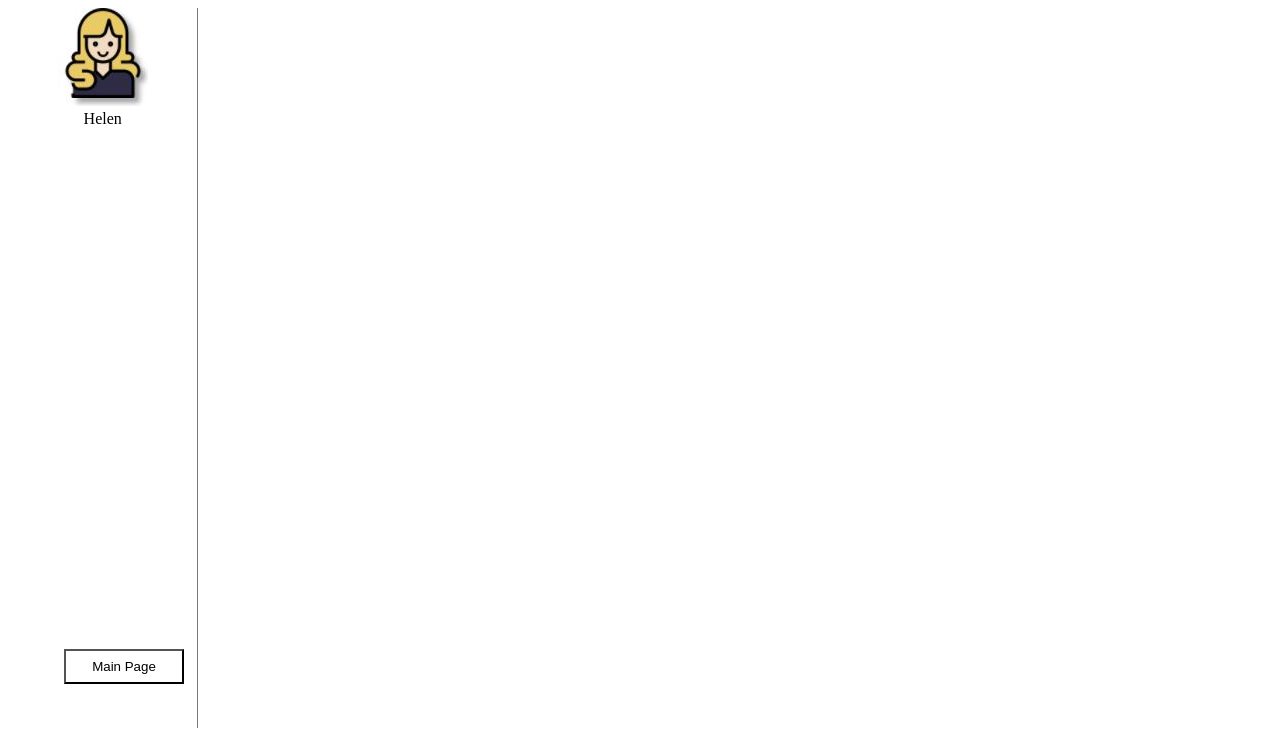
Repository: Team-Extrememe/Online-Study-Room
Page: profile.html
These files come from the project's save history. The page is drawn as it stood at one moment and after the next save; the edit follows.
The browser window is 1280 px wide. The pictures show the whole page.

Above is the page before, as saved 2021-10-17 13:53:28.

### profile.html
<!DOCTYPE html>
<html lang="en">
<head>
    <meta charset="UTF-8">
    <meta http-equiv="X-UA-Compatible" content="IE=edge">
    <meta name="viewport" content="width=device-width, initial-scale=1.0">
    <link rel="stylesheet" href="css/profile.css">
    <title>My Profile</title>
</head>
<body>
    <div class="flex_container">
        <div class="flex_left">
            <div class="group">
                <img src="Images/profile_icon.JPG" alt="profile_icon">
                <span class="user_name">Helen</span>
            </div>
            <button class="main_button">Main Page</button>
        </div>
        <div class="flex_right">

        </div>
    </div>

</body>
</html>

### css/profile.css
.flex_container{
    display: flex;
    flex-direction: row;
}

.flex_left{
    width: 15%;
    height: 100vh;
    border-right: 1px solid rgb(121,121,121);
    text-align: center;
}

.flex_right{
    width: 85%;
    height: 100vh;
}

.group{
    vertical-align: top;
    display: inline-block;
    text-align: center;
    width: 120px;
    margin: 0 auto;
}

.user_name{
    display: block;
}

.main_button{
    position: absolute;
    bottom: 5%;
    left: 5%;
    width: 120px;
    height: 35px;
    background-color: white;
}

After the next save:
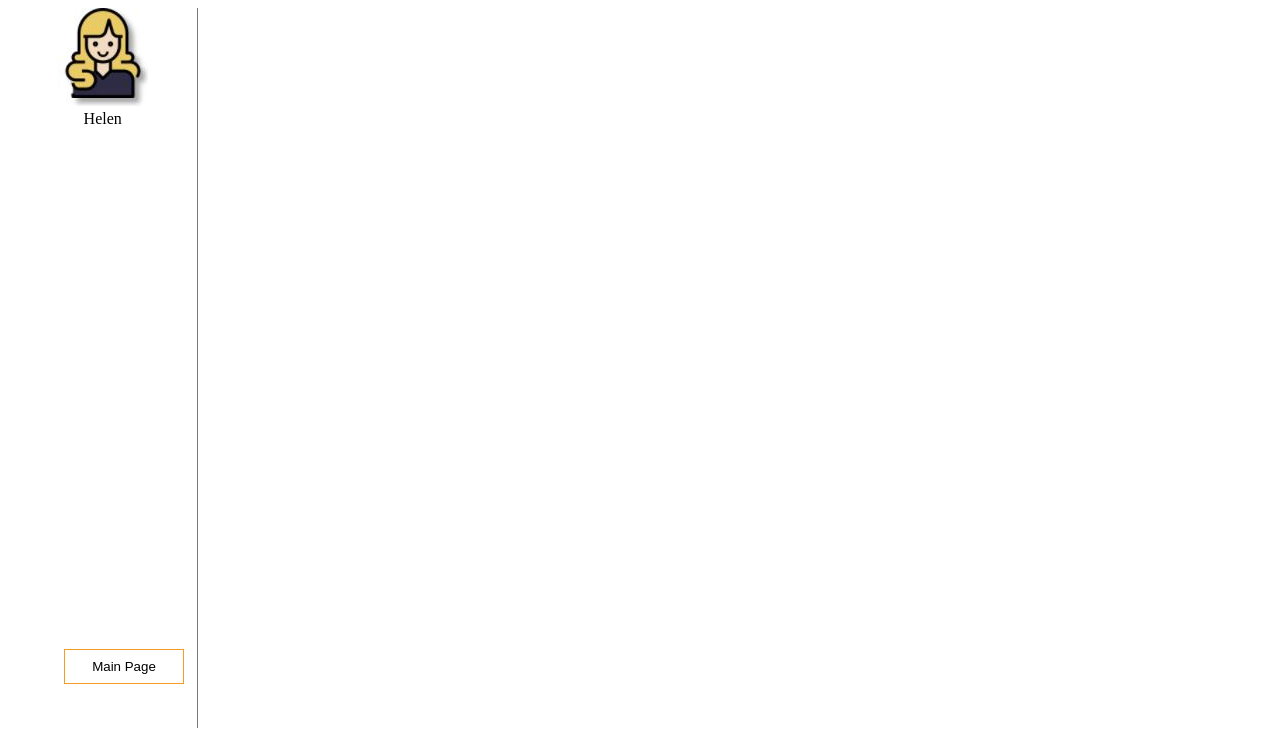
Saved 49 s later.
--- a/css/profile.css
+++ b/css/profile.css
@@ -34,4 +34,5 @@
     width: 120px;
     height: 35px;
     background-color: white;
+    border: 1px solid #f59a23;
 }
